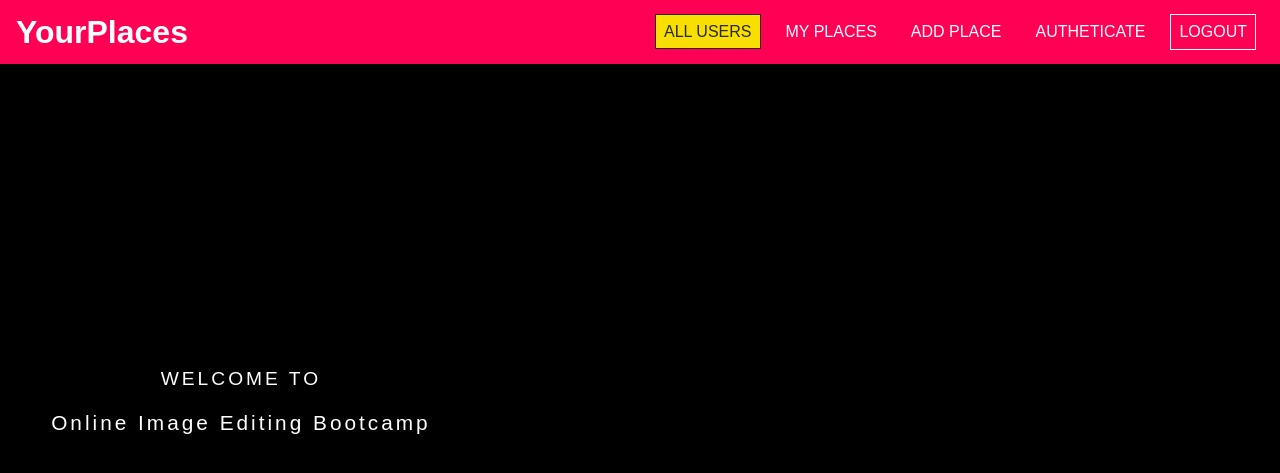
Repository: TanviSanyal/ImageEditingBootcamp
Page: /
These files come from the project's save history. The page is drawn as it stood at one moment and after the next save; the edit follows.
The browser window is 1280 px wide. The pictures show the whole page.
The project was rebuilt for these pictures with package versions that can differ from the ones it lists, and the page was loaded fresh each time. Also part of the build but not shown: src/shared/components/navigation/SideDrawer.css, src/shared/components/UIElements/Backdrop.css, src/shared/components/UIElements/Backdrop.js.

Above is the page before, as saved 2020-09-26 22:59:09.

### public/index.html
<!DOCTYPE html>
<html lang="en">
  <head>
    <meta charset="utf-8" />
    <link rel="icon" href="%PUBLIC_URL%/favicon.ico" />
    <meta name="viewport" content="width=device-width, initial-scale=1" />
    <meta name="theme-color" content="#000000" />
    <meta
      name="description"
      content="Web site created using create-react-app"
    />
    <link rel="apple-touch-icon" href="%PUBLIC_URL%/logo192.png" />
    <link rel="manifest" href="%PUBLIC_URL%/manifest.json" />
    <title>React App</title>
  </head>
  <body>
    <noscript>You need to enable JavaScript to run this app.</noscript>
    <div id="backdrop-hook"></div>
    <div id="modal-hook"></div>
    <div id="drawer-hook"></div>
    <div id="root"></div>
  </body>
</html>

### src/index.css
@import url('https://fonts.googleapis.com/css?family=Open+Sans:400,700&display=swap');

* {
  box-sizing: border-box;
}

html {
  font-family:Arial, Helvetica, sans-serif;
	font-weight:normal;
}

body {
  margin: 0;
  background: black;
}

### src/App.js
import React from 'react';
import {
  BrowserRouter as Router,
  Route,
  Redirect,
  Switch
} from 'react-router-dom';
import './App.css'
import MainNavigation from '../src/shared/components/navigation/MainNavigation';


const App = () => {

  // <Switch>
  //   <Route path="/" exact>
  //     {/* <Users /> */}
  //   </Route>
  //   <Route path="/:userId/places" exact>
  //     {/* <UserPlaces /> */}
  //   </Route>
  //   <Route path="/places/new" exact>
  //     {/* <NewPlace /> */}
  //   </Route>
  //   <Route path='/places/:placeId'>
  //     {/* <UpdatePlace /> */}
  //   </Route>
  //   <Redirect to="/" />
  // </Switch>

  return (
    <Router>
      <MainNavigation />
      <main className="main-body">
        <span className="text1">welcome to</span>
        <p className="text1"> Online Image Editing Bootcamp</p>
      </main>
    </Router>
  );
};

export default App;

### src/App.css
.main-body span{
  color: white;
  text-transform: uppercase;
  display: block;
}
.main-body{
  text-align: center;
  position: absolute;
  top: 40%;
  padding-left: 4%;

  /* transform: translate(-50%,-50%); */
}

span{
  color: white;
  font-size: 120%;
  letter-spacing: 3PX;
}
p{
  color: white;
  font-size: 130%;
  letter-spacing: 3PX;
}

### src/shared/components/navigation/MainNavigation.js
import React, { useState } from 'react';
import { Link } from 'react-router-dom';

import MainHeader from './MainHeader';
import NavLinks from './NavLinks';
import SideDrawer from './SideDrawer';
import Backdrop from '../UIElements/Backdrop';
import './MainNavigation.css';

const MainNavigation = props => {
  const [drawerIsOpen, setDrawerIsOpen] = useState(false);

  const openDrawerHandler = () => {
    setDrawerIsOpen(true);
  };

  const closeDrawerHandler = () => {
    setDrawerIsOpen(false);
  };

  return (
    <React.Fragment>
      {drawerIsOpen && <Backdrop onClick={closeDrawerHandler} />}
      <SideDrawer show={drawerIsOpen} onClick={closeDrawerHandler}>
        <nav className="main-navigation__drawer-nav">
          <NavLinks />
        </nav>
      </SideDrawer>

      <MainHeader>
        <button className="main-navigation__menu-btn" onClick={openDrawerHandler}>
          <span />
          <span />
          <span />
        </button>
        <h1 className="main-navigation__title">
          <Link to="/">YourPlaces</Link>
        </h1>
        <nav className="main-navigation__header-nav">
          <NavLinks />
        </nav>
      </MainHeader>
    </React.Fragment>
  );
};

export default MainNavigation;

### src/shared/components/navigation/MainHeader.js
import React from 'react';

import './MainHeader.css';

const MainHeader = props => {
  return <header className="main-header">{props.children}</header>;
};

export default MainHeader;

### src/shared/components/navigation/NavLinks.js
import React,{useContext} from 'react';
import './NavLinks.css';
import {NavLink} from 'react-router-dom';
// import {AuthContext} from '../../context/auth-context';

const NavLinks = props => {

    // const auth = useContext(AuthContext);
    return(
        <ul className="nav-links">
            <li>
                <NavLink to="/" exact>ALL USERS</NavLink>
            </li>
           <li>
                <NavLink to="/u1/places">MY PLACES</NavLink>
            </li>
           <li>
                <NavLink to="/places/new">ADD PLACE</NavLink>
            </li>
            <li>
                <NavLink to="/auth">AUTHETICATE</NavLink>
            </li>
             <li><button >LOGOUT</button></li>
        </ul>
    );
};

export default NavLinks;

### src/shared/components/navigation/MainNavigation.css
.main-navigation__menu-btn {
    width: 3rem;
    height: 3rem;
    background: transparent;
    border: none;
    display: flex;
    flex-direction: column;
    justify-content: space-around;
    margin-right: 2rem;
    cursor: pointer;
  }

  .main-navigation__menu-btn span {
    display: block;
    width: 3rem;
    height: 2.5px;
    background: white;
  }

  .main-navigation__title {
    color: white;
  }

  .main-navigation__title a {
    text-decoration: none;
    color: white;
  }

  .main-navigation__header-nav {
    display: none;
  }

  .main-navigation__drawer-nav {
    height: 100%;
  }

  @media (min-width: 768px) {
    .main-navigation__menu-btn {
      display: none;
    }

    .main-navigation__header-nav {
      display: block;
    }
  }

### src/shared/components/navigation/NavLinks.css
.nav-links {
    list-style: none;
    margin: 0;
    padding: 0;
    width: 100%;
    height: 100%;
    display: flex;
    flex-direction: column;
    justify-content: center;
    align-items: center;
  }

  .nav-links li {
    margin: 1rem;
  }

  .nav-links a {
    border: 1px solid transparent;
    color: #292929;
    text-decoration: none;
    padding: 0.5rem;
  }

  .nav-links a:hover,
  .nav-links a:active,
  .nav-links a.active {
    background: #f8df00;
    border-color: #292929;
    color: #292929;
  }

  .nav-links button {
    cursor: pointer;
    border: 1px solid #292929;
    color: #292929;
    background: transparent;
    padding: 0.5rem;
    font: inherit;
  }

  .nav-links button:focus {
    outline: none;
  }

  .nav-links button:hover,
  .nav-links button:active {
    background: #292929;
    color: white;
  }

  @media (min-width: 768px) {
    .nav-links {
      flex-direction: row;
    }

    .nav-links li {
      margin: 0 0.5rem;
    }

    .nav-links a {
      color: white;
      text-decoration: none;
    }

    .nav-links button {
      border: 1px solid white;
      color: white;
      background: transparent;
    }

    .nav-links button:hover,
    .nav-links button:active {
      background: #f8df00;
      color: #292929;
    }
  }

Loaded but not shown: src/index.js (common file); src/shared/components/navigation/SideDrawer.js (common file); src/shared/components/navigation/MainHeader.css (common file)

After the next save:
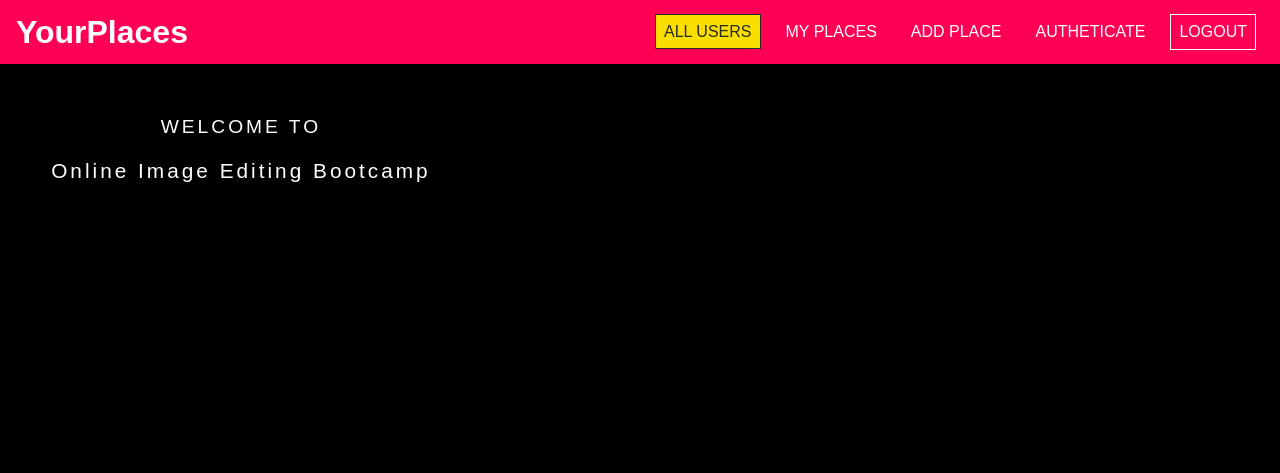
Saved 49 s later.
--- a/src/App.css
+++ b/src/App.css
@@ -6,7 +6,7 @@
 .main-body{
   text-align: center;
   position: absolute;
-  top: 40%;
+  padding-top: 5vh;
   padding-left: 4%;
 
   /* transform: translate(-50%,-50%); */
